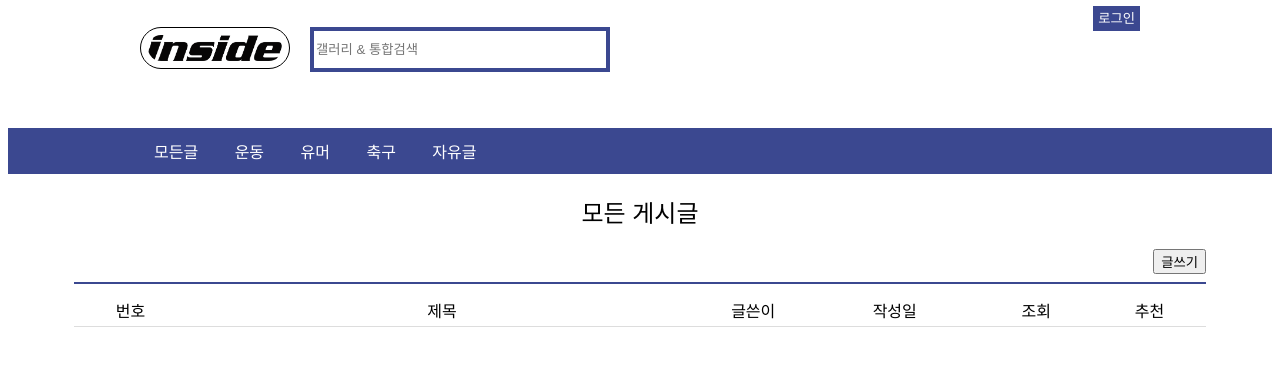
Repository: inhoo123/backup
Page: http://localhost/community-inside/WEB-INF/view/posts/list.jsp
The author's editor kept a copy of each file at every save. The page is drawn from the files as they stood at one save, then again after the next save.
The browser window is 1280 px wide. The pictures show the whole page.
Some web fonts or font styles are not loaded; a fallback is used. The page is served by Tomcat 10. Nobody is signed in. Other server files are loaded and not shown. The template is opened directly, without the code that normally fills it, so the values that code supplies are empty.

Above is the page before, as saved 2024-06-28 01:05:00.

### web-workspace/community-inside/src/main/webapp/WEB-INF/view/posts/list.jsp
<%@ page language="java" contentType="text/html; charset=UTF-8"
	pageEncoding="UTF-8"%>
<%@ page trimDirectiveWhitespaces="true"%>
<%@ taglib prefix="c" uri="http://java.sun.com/jsp/jstl/core"%>
<!DOCTYPE html>
<html>
<head>
<meta charset="UTF-8">
<title>community-inside</title>
<link rel="stylesheet"
	href="${pageContext.servletContext.contextPath }/css/style.css?<%=System.currentTimeMillis() %>" />
</head>
<body>

	<%@ include file="/WEB-INF/view/common/header.jsp"%>
	<div class="container px-1"></div>
	<div class="container px-1">
		<div style="text-align: center;">
			<h2>모든 게시글</h2>
			<div style="margin-top: 10px; text-align: right;">

				<a href="${pageContext.servletContext.contextPath }/write">

					<button>글쓰기</button>
				</a>

			</div>
			<table class="default-table">
				<thead>
					<tr class="border-bottom">
					<hr width = "100%" color = "#3b4890" size = "2">
						<th style="width: 10%">번호</th>
						<th>제목</th>
						<th style="width: 10%">글쓴이</th>
						<th style="width: 15%">작성일</th>
						<th style="width: 10%">조회</th>
						<th style="width: 10%">추천</th>

					</tr>
				</thead>
				<tbody>
					<div>
						<c:forEach items="${post}" var="one" >
							<tr style="border-bottom: 1px solid #ddd; height: 30px;">


								<td><a
									href="${pageContext.servletContext.contextPath }/posts/view?no=${one.no}"
									class="no-deco-link">${one.no } </a></td>
								<td><a
									href="${pageContext.servletContext.contextPath }/posts/view?no=${one.no}"
									class="no-deco-link">${one.title } </a></td>
								<td class="text-center">${one.writerId}</td>
								<td class="text-center">${one.writedAt}</td>
								<td class="text-center">${one.viewCount}</td>
								<td class="text-center">${one.likes}</td>


							</tr>
						</c:forEach>
					</div>
				</tbody>

			</table>
			<div style="text-align: center; margin-top: 30px">
				<c:forEach begin="1" end="${totalPages }" var="i">
					<c:choose>
						<c:when test="${i == currentPage }">
							<b style="color: red">${i }</b>
						</c:when>
						<c:otherwise>
							<a
								href="${pageContext.servletContext.contextPath }/list?p=${i}">${i }</a>
						</c:otherwise>
					</c:choose>
				</c:forEach>
			</div>

		</div>
	</div>

</body>
</html>

### web-workspace/community-inside/src/main/webapp/WEB-INF/view/common/header.jsp
<%@ page language="java" contentType="text/html; charset=UTF-8"
	pageEncoding="UTF-8"%>
<%@ taglib prefix="c" uri="http://java.sun.com/jsp/jstl/core"%>

<div class="dchead">

	<!-- links -->
	<div style="display: flex; justify-content: flex-end; gap: 2px;">
		<c:choose>
			<c:when test="${sessionScope.authUser == null }">
				<div >
					<a href="${pageContext.servletContext.contextPath }/login"
						><small style="padding: 5px; background-color: #3b4890; color: white; cursor: pointer; width: 50px;">로그인</small></a>
				</div>
			</c:when>
			<c:otherwise>
				<div>
						<small>${sessionScope.authUser.name }님</small>  <a
						href="${pageContext.servletContext.contextPath }/logout"
						> <small style="padding: 5px; background-color: #3b4890; color: white; cursor: pointer; width: 50px;">로그아웃</small></a>
				</div>
			</c:otherwise>
		</c:choose>
	</div>
	<!-- logo & searchbar -->
	<div
		style="display: flex;  gap: 20px;">

		<a href="${pageContext.servletContext.contextPath }/index"> <img
			src="${pageContext.servletContext.contextPath }/image/inside.png"
			style="border: 1px solid black; padding: 7px; width: 150px; background-color: white; border-radius: 32px;" />
		</a>
		<div >
					<form action="${pageContext.servletContext.contextPath }/search/view">
						<input class="search" type="text" placeholder="갤러리 & 통합검색" name="q"
							style="width: 300px; height:45px;" value="${param.q }" />
					</form>
		</div>


	</div>
</div>
<div class="gnb_bar">
<div class="container px-1">
<div style="text-align: left; margin-left: 80px;">
	<a href="${pageContext.servletContext.contextPath }/list"
		><span style="color:white;  font-weight: 550;">모든글</span></a>

	<a href="${pageContext.servletContext.contextPath }/list/category?category=운동"
		><span style="color:white;  font-weight: 550;">&emsp;&emsp;운동</span></a>


		<a href="${pageContext.servletContext.contextPath }/list/category?category=유머"
		><span style="color:white;  font-weight: 550;">&emsp;&emsp;유머</span></a>


		<a href="${pageContext.servletContext.contextPath }/list/category?category=축구"
		><span style="color:white;  font-weight: 550;">&emsp;&emsp;축구</span></a>


		<a href="${pageContext.servletContext.contextPath }/list/category?category=자유글"
		><span  style="color:white;  font-weight: 550;">&emsp;&emsp;자유글</span></a>
		</div>
		</div>
</div>
<!-- 네비게이션 -->

### web-workspace/community-inside/src/main/webapp/css/style.css
@charset "UTF-8";

@import
	url('https://fonts.googleapis.com/css2?family=Nanum+Gothic&display=swap');

* {
	font-family: "Nanum Gothic", sans-serif;
  font-weight: 400;
  font-style: normal;
  box-sizing: border-box;
}

h1, h2, h3, h4, h5, h6 {
	font-weight: lighter;
}

.gnb_bar2 {
    position: relative;
    min-width: 1050px;
    background-color: #3b4890;
    border: 1px solid #3b4890;
    border-width: 1px 0 1px 0;
    padding: 10px;
}

.top{
	padding-top:100px;

}

.aa{
    font-size: 12px;
    font-family: -apple-system,BlinkMacSystemFont,"Apple SD Gothic Neo","Malgun Gothic","맑은 고딕",arial,Dotum,돋움,sans-serif;
    margin: 0;
    padding: 0;
    vertical-align: baseline;
    background: transparent;
    font-style: normal;
    position: relative;
    min-width: 1050px;
    background-color: #3b4890;
    border: 1px solid #3b4890;
    border-width: 1px 0 1px 0;
}
.gnb_bar {
    position: relative;
    min-width: 1050px;
    background-color: #3b4890;
    border: 1px solid #3b4890;
    border-width: 1px 0 1px 0;
    padding: 10px;
}

center{
	margin: 0 auto;

}


.search{
	height: 30px;
	width: 400px;
	border: 4px solid #3b4890;
	background: #ffffff;
}



.dc_logo {
    overflow: hidden;
    position: absolute;
    top: 20px;
    left: -43px;
    text-align: center;
}
.dchead {
    position: relative;
    width: 1000px;
    height: 120px;
    margin: 0 auto;
}

body {
	min-width: 960px;
}

.no-deco-link {
	color: #444;
	text-decoration: none;
}

.fs-small {
	font-size: 0.8rem;
}

.fs-large {
	font-size: 1.2rem;
}

.srch-bar {
	padding: 12px;
	border-radius: 12px;
	font-size: 1.1rem;
	width: 480px;
}

.login-input {
	padding: 16px;
	border: 1px solid #ddd;
	width: 100%;
	box-sizing: border-box;
	font-size: 1.25rem;
	border-radius: 20px;
}

/* table css ======================================== */
.default-table {
	border-collapse: collapse;
	width: 100%;
	margin-top:10px;
}
.border-bottom {
	border-bottom: 1px solid #ddd;
}
.default-table td, .default-table th {
	padding : 4px;
}
.text-center {
	text-align: center;
}



a {
	text-decoration: none;
}

input:focus {
	outline: none;
}

textare:focus, textarea:active {
	outline: none;
}

button:hover {
	background-color: #ddd;
	cursor: pointer;
}

button:active {
	background-color: #ccc;
	cursor: pointer;
}

/* 영역 사이즈 클래스 */
.container {
	width: 1140px;
	margin: auto;
}
.container2 {
	width: 1500px;
	margin: auto;
}

.wrap-md {
	width: 720px;
	margin: auto;
}

.wrap-sm {
	width: 540px;
	margin: auto;
}

.wrap-x-sm {
	width: 360px;
	margin: auto;
}

.d-flex {
	display: flex;
}

.space-between {
	justify-content: space-between;
}

/* 컴포넌트 너비 클래스 */
.w-50 {
	width: 50%;
}

.w-100 {
	width: 100%;
}
/* 컴포넌트 테두리 클래스 */
.border {
	border: 1px solid #999;
}

.border-rounded {
	border: 1px solid #999;
	border-radius: 4px;
}

/* 글씨 정렬 클래스 */
.text-left {
	text-align: left;
}

.text-center {
	text-align: center;
}

.text-right {
	text-align: right;
}

/* 글씨 색상 클래스 */
.warning {
	color: orangered;
}

.info {
	color: limegreen;
}


/* 뱃지 클래스 */
.badge-info {
	background-color:  limegreen;
	color: white;
	padding : 4px 8px;
	border-radius: 4px;
}
.badge-warning {
	background-color:  orangered;
	color: white;
	padding : 4px 8px;
	border-radius: 4px;
}
.badge-dark {
	background-color:  #333333;
	color: white;
	padding : 4px 8px;
	border-radius: 4px;
}


.fs-1 {
	font-size: 2rem;
}

.fs-2 {
	font-size: 1.5rem;
}

.fs-3 {
	font-size: 1.17rem;
}

.fs-4 {
	font-size: 1.0rem;
}

.fs-5 {
	font-size: 0.8rem;
}

.fs-6 {
	font-size: 0.65rem;
}
/* 글씨 색상 */

/* 기본 패딩 클래스 */
.p-1 {
	padding: 4px;
}

.p-2 {
	padding: 8px;
}

.p-3 {
	padding: 12px;
}

.p-4 {
	padding: 16px;
}

.p-5 {
	padding: 20px;
}

.px-1 {
	padding-left: 4px;
	padding-right: 4px;
}

.px-2 {
	padding-left: 8px;
	padding-right: 8px;
}

.px-3 {
	padding-left: 12px;
	padding-right: 12px;
}

.px-4 {
	padding-left: 16px;
	padding-right: 16px;
}

.px-5 {
	padding-left: 20px;
	padding-right: 20px;
}

/* 기본 마진 클래스 */
.mx-1 {
	margin: auto 4px;
}

.mx-2 {
	margin: auto 8px;
}

.mx-3 {
	margin: auto 12px;
}

.mx-4 {
	margin: auto 16px;
}

.mx-5 {
	margin: auto 20px;
}

.my-1 {
	margin: 4px auto;
}

.my-2 {
	margin: 8px auto;
}

.my-3 {
	margin: 12px auto;
}

.my-4 {
	margin: 16px auto;
}

.my-5 {
	margin: 20px auto;
}
/*
.item {
	box-shadow: 1px 2px 4px 1px #888888;
}
*/
.item:hover {
	background-color: #eee;
}

a {
	text-decoration: none;
	color: black;
}
.search {
  position: relative;
  width: 300px;
}

h1, h2, h3, h4, h5, h6 {
	font-weight: lighter;
}

body {
	min-width: 960px;
}

.no-deco-link {
	color: #444;
	text-decoration: none;
}

.fs-small {
	font-size: 0.8rem;
}

.fs-large {
	font-size: 1.2rem;
}

.srch-bar {
	padding: 12px;
	border-radius: 12px;
	font-size: 1.1rem;
	width: 480px;
}

.login-input {
	padding: 16px;
	border: 1px solid #ddd;
	width: 100%;
	box-sizing: border-box;
	font-size: 1.25rem;

}

.login-input2 {
	padding: 16px;
	border: 1px solid #ddd;
	background-color: #3b4890;
	width: 100%;
	box-sizing: border-box;
	font-size: 1.25rem;
	color:white;
}


/* table css ======================================== */
.default-table {
	border-collapse: collapse;
	width: 100%;
	margin-top:10px;
}
.border-bottom {
	border-bottom: 1px solid #ddd;
}
.default-table td, .default-table th {
	padding : 4px;
}
.text-center {
	text-align: center;
}

After the next save:
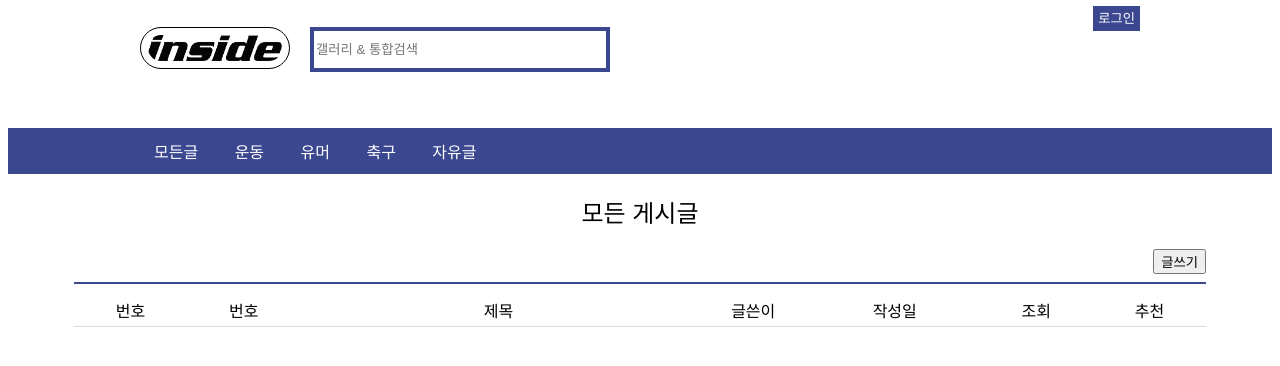
Saved 3 min 3 s later.
--- a/web-workspace/community-inside/src/main/webapp/WEB-INF/view/posts/list.jsp
+++ b/web-workspace/community-inside/src/main/webapp/WEB-INF/view/posts/list.jsp
@@ -29,6 +29,7 @@
 				<thead>
 					<tr class="border-bottom">
 					<hr width = "100%" color = "#3b4890" size = "2">
+						<th style="width: 10%">번호</th>
 						<th style="width: 10%">번호</th>
 						<th>제목</th>
 						<th style="width: 10%">글쓴이</th>
